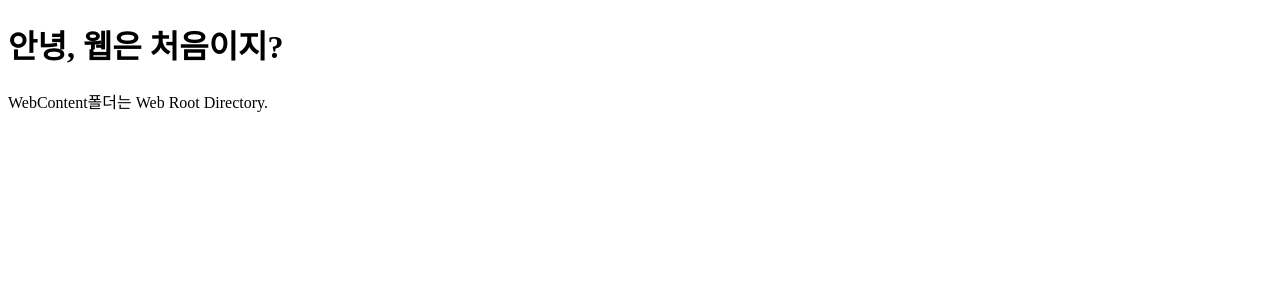
Repository: uriquely/web_server_assignment
Page: 210206_server_assignment/01_HelloWeb/WebContent/index.html
These files come from the project's save history. The page is drawn as it stood at one moment and after the next save; the edit follows.
The browser window is 1280 px wide. The pictures show the whole page.

Above is the page before, as saved 2021-02-02 02:08:09.

After the next save:
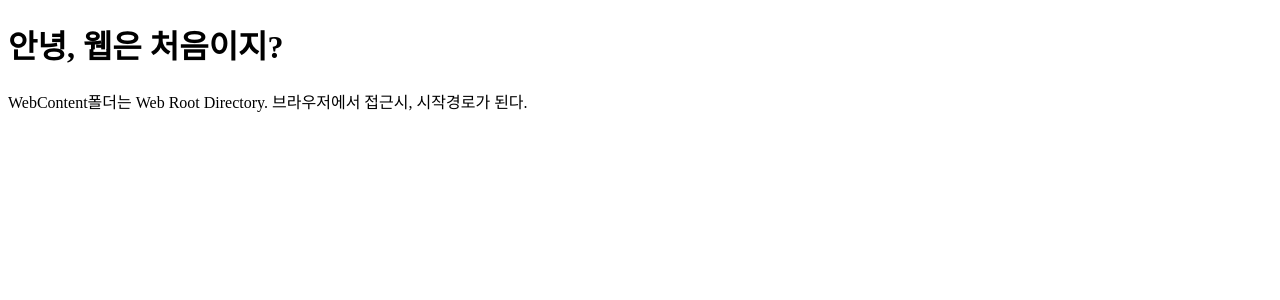
Saved 22 s later.
--- a/210206_server_assignment/01_HelloWeb/WebContent/index.html
+++ b/210206_server_assignment/01_HelloWeb/WebContent/index.html
@@ -7,6 +7,7 @@
 		<h1>안녕, 웹은 처음이지?</h1>
 		<p>
 			WebContent폴더는 Web Root Directory.
+			브라우저에서 접근시, 시작경로가 된다.
 		</p>
 	</body>
 </html>
